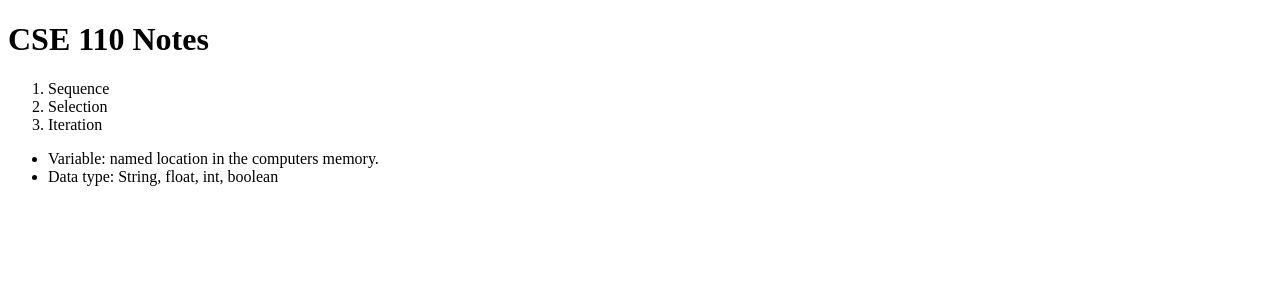
Repository: harleywolfley/wdd130
Page: spring25/cse110/cseindex.html
An editor plug-in stored every save of this project. The page is shown before and after the next save, followed by the edit.
The browser window is 1280 px wide. The pictures show the whole page.

Above is the page before, as saved 2025-04-29 16:30:37.

### spring25/cse110/cseindex.html
<!DOCTYPE html>
<html>
    <head>

    </head>
    <body>
        <header>
            <h1>CSE 110 Notes</h1>
        </header>
        <ol>
            <li>Sequence</li>
            <li>Selection</li>
            <li>Iteration</li>
        </ol>
        <ul>
        <li>Variable: named location in the computers memory.</li>
        <li>Data type: String, float, int, boolean</li>
        </ul>
    </body>
</html>

After the next save:
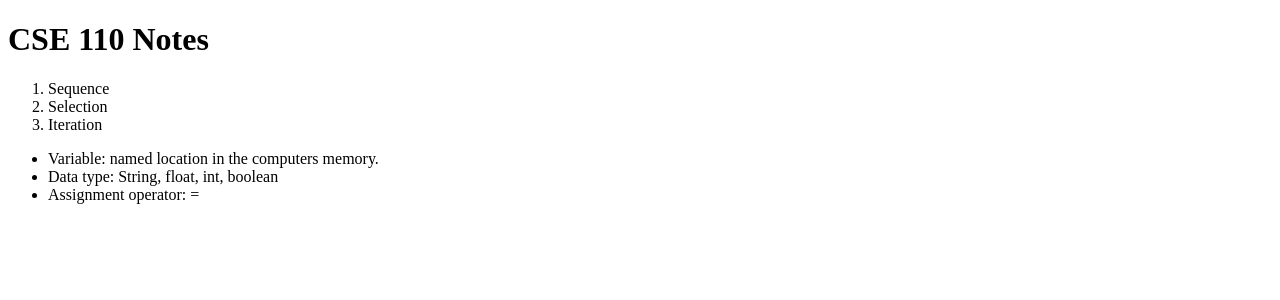
Saved 19 s later.
--- a/spring25/cse110/cseindex.html
+++ b/spring25/cse110/cseindex.html
@@ -15,6 +15,7 @@
         <ul>
         <li>Variable: named location in the computers memory.</li>
         <li>Data type: String, float, int, boolean</li>
+        <li>Assignment operator: =</li>
         </ul>
     </body>
 </html>
